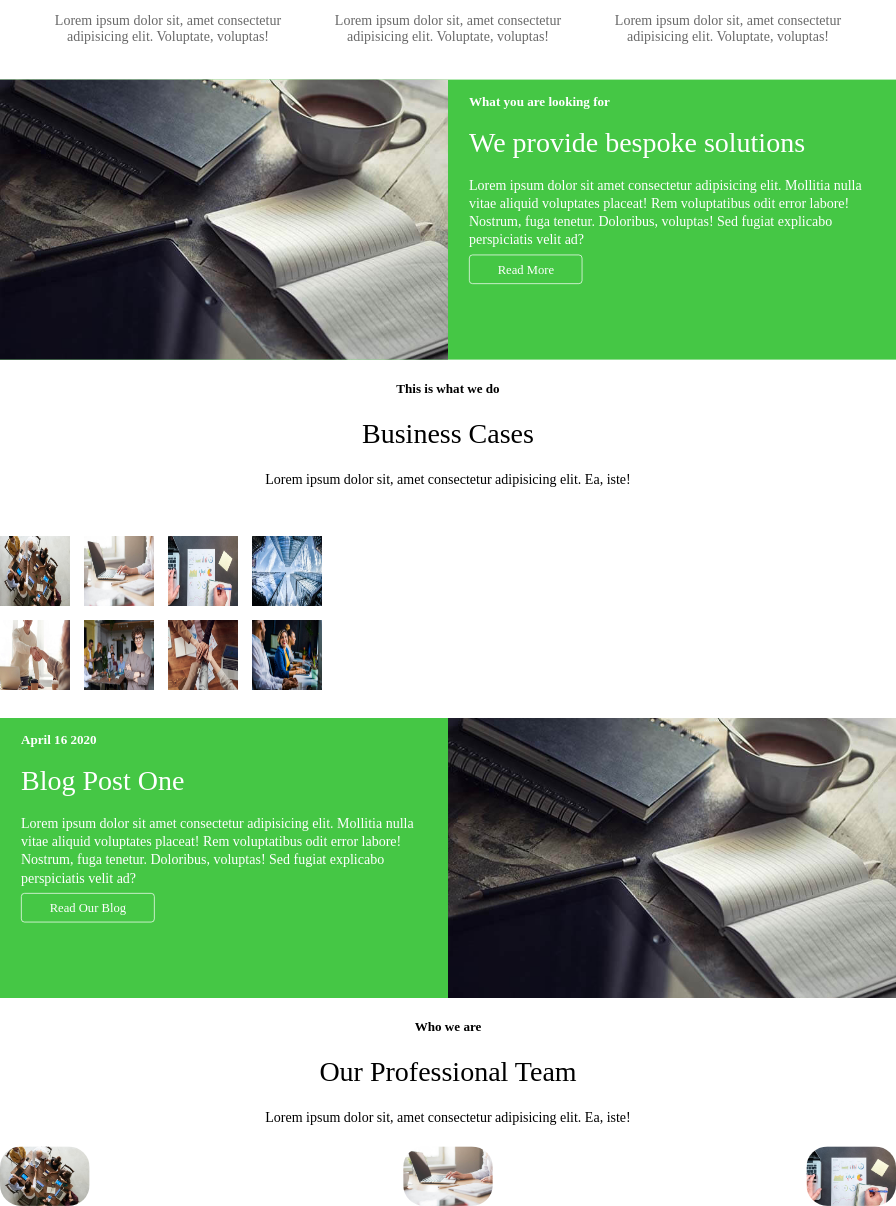
Repository: reemoon-ctrl/swiftdisk-Website-Flexbox
Page: index.html
These files come from the project's save history. The page is drawn as it stood at one moment and after a run of saves; the edit follows.
The browser window is 1280 px wide. The pictures show the part of the page from y = 884 to 2804 px (the page is 2607 px tall before and 2804 px after), at 70% of full size.

Above is the page before, as saved 2024-07-27 09:59:53.

After the next 2 saves:
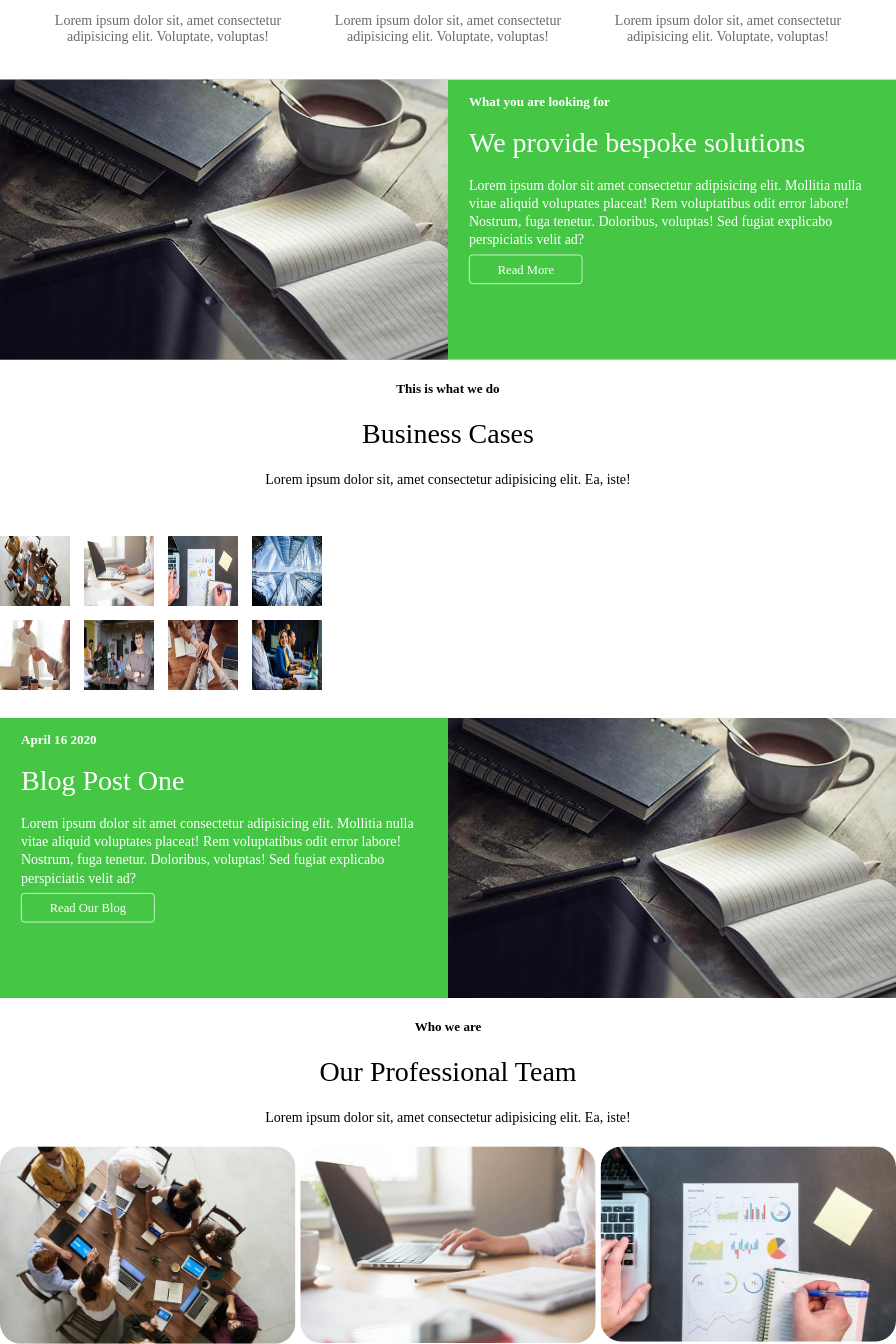
The 2 saves are shown as one change because they came seconds apart.
The last was saved 25 s later.
--- a/index.css
+++ b/index.css
@@ -220,7 +220,7 @@ body{
 
 }
 .tmimg{
-    width: 10%;
+    width: 33%;
     height:15%;
     border-radius: 30px;
 
